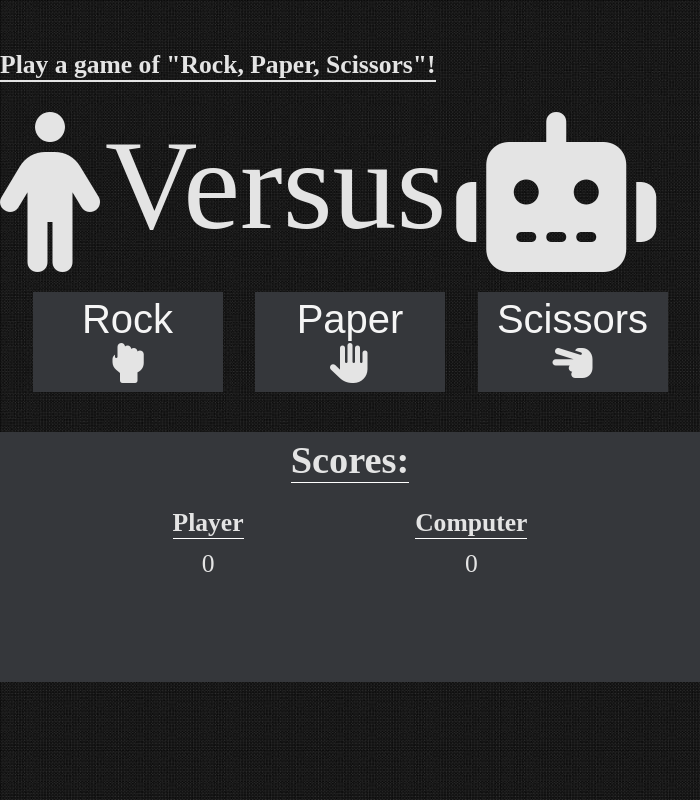
Repository: Pafestivo/rock-paper-scissors
Page: index.html
These files come from the project's save history. The page is drawn as it stood at one moment and after the next save; the edit follows.
The browser window is 375 px wide. The page is 700 px wide, so the pictures cover 700 px, including what lies to the right of the window. The pictures show the whole page.
Some web libraries are served in a nearby version.

Above is the page before, as saved 2022-10-15 14:22:51.

### index.html
<!DOCTYPE html>
<html lang="en">
<head>
  <meta charset="UTF-8">
  <meta name="viewport" content="width=device-width, initial-scale=1.0">
  <link rel="stylesheet" href="styles.css">
  <script src="js-file.js" defer></script>
  <script src="https://kit.fontawesome.com/e2364af56b.js" crossorigin="anonymous"></script>
  <title>Rock, Paper, Scissors</title>
</head>
<body>

  <header>
    <h1>Play a game of "Rock, Paper, Scissors"!</h1>
  </header>
  <div id="versus">
    <i class="fa-solid fa-person"></i>
    <p>Versus</p>
    <i class="fa-solid fa-robot"></i>
  </div> <!-- /versus -->

  <div class="buttons">
    <button id="rock">
      Rock
      <i class="fa-solid fa-hand-back-fist"></i>
    </button>
    <button id="paper">
      Paper
      <i class="fa-solid fa-hand"></i>
    </button>
    <button id="scissors">
      Scissors
      <i class="fa-solid fa-hand-scissors"></i>
    </button>
  </div> <!-- /buttons -->


  <div id="results">

    <div class="scores">
      <h1 id="scores-header">Scores:</h1>
    </div> <!-- /scores -->

    <div class="columns">
      <div class="player">
        <h1 class="underline">Player</h1>
        <p id ="player-points" class="points">0</p>
      </div> <!-- /player-scores -->

      <div class="comp">
        <h1 class="underline">Computer</h1>
        <p id="computer-points" class="points">0</p>
      </div> <!-- /comp-scores -->
    </div><!-- /columns -->

  </div> <!-- /results -->

  <button id="play-again" class="hidden"><a href="https://pafestivo.github.io/rock-paper-scissors/">Play again</a></button>


</body>
</html>

### styles.css
* {
  margin: 0;
  padding: 0;
  box-sizing: border-box;
}

body {
  font-family: serif;
  background-image: url(images/background.jpg);
  color: rgb(228, 228, 228);
}

header {
  width: max-content;
  margin: 50px auto 30px auto;
  border-bottom: 2px solid rgb(228, 228, 228);
}

#versus {
  display: flex;
  width: 700px;
  font-size: 10rem;
  margin: 0 auto 20px auto;
  justify-content: space-evenly;
  color: rgb(228, 228, 228);
}

.fa-robot {
  margin-left: 10px;
  font-size: 10rem;
}

.fa-person {
  font-size: 10rem;
  margin-right: 5px;
}

.buttons {
  display: flex;
  width: 700px;
  margin: 0 auto;
  justify-content: space-evenly;
}

button {
  position: relative;
  width: 190px;
  height: 100px;
  background-color: #35373B;
  border: none;
  font-size: 40px;
  color: whitesmoke;
}

button .fa-solid {
  width: 100%;
  color: rgb(228, 228, 228);
}

button:hover {
  cursor: pointer;
  background-color: #56595f;
}

button:focus {
  background-color: #635656;
}

button:disabled:hover {
  cursor: not-allowed;
  background-color: #35373B;
}

.comp-choice {
  position: absolute;
  bottom: 5px;
  right: 10px;
  font-size: 20px;
  max-width: 20px;
}

.player-choice {
  position: absolute;
  bottom: 5px;
  left: 10px;
  font-size: 20px;
  max-width: 20px;
}

#results {
  margin: 40px auto 40px auto;
  width: 700px;
  height: 250px;
  padding: 1px;
  background-color: #35373B;
}

#scores-header {
  margin: 5px auto 25px auto;
  font-size: 3em;
  width: max-content;
  border-bottom: 1px solid white;
}

.columns {
  display: flex;
  justify-content: space-evenly;
  margin-bottom: 20px;
}

.round-result {
  margin-bottom: 15px;
  font-size: 2em;
  text-align: center;
  padding: 0;
}

.underline {
  width: max-content;
  border-bottom: 1px solid white;
}

.points {
  font-size: 2em;
  text-align: center;
  margin-top: 10px;
}

a {
  text-decoration: none;
  color: inherit;
}

#play-again {
  display: block;
  margin: 0 auto;
  font-size: 2rem;
  width: 200px;
  height: 60px;
}

.hidden {
  visibility: hidden;
}

@media only screen and (max-width: 600px) {
  body {
    font-size: 0.8rem;
  }

  #versus {
    width: 400px;
    font-size: 8rem;
  }
}

### js-file.js
let playerScore = 0;
let computerScore = 0;

const playerColumn = document.querySelector('.player');
const playerPoints = document.getElementById('player-points');

const computerColumn = document.querySelector('.comp');
const computerPoints = document.getElementById('computer-points');

//round logic
function playRound(playerSelection, computerSelection) {

  let log = ""


  if (
    (playerSelection === "Rock" && computerSelection === "Paper") ||
    (playerSelection === "Paper" && computerSelection === "Scissors") ||
    (playerSelection === "Scissors" && computerSelection === "Rock")
    ) {
    log = "You lost this round!"
    computerScore++
  }
  else if (
    (playerSelection === "Paper" && computerSelection === "Rock") ||
    (playerSelection === "Rock" && computerSelection === "Scissors") ||
    (playerSelection === "Scissors" && computerSelection === "Paper")
  ) {
    log = "You won this round!"
    playerScore++
  }
  else if (
    (playerSelection === computerSelection)
  ) {
    log = "This round ends in a draw!"
  }

  playerPoints.textContent = playerScore;

  computerPoints.textContent = computerScore;


  //finish the game at 5 points + show play again button
  const buttons = document.querySelectorAll('button');
  const playAgain = document.getElementById('play-again')
  if(playerScore === 5) {
    for(i = 0; i < buttons.length - 1; i++) {
      buttons[i].setAttribute("disabled", "disabled"); //disable buttons
      playAgain.classList.remove('hidden');
    }

    return "You won!";

  } else if (computerScore === 5) {
    for(i = 0; i < buttons.length - 1; i++) {
      buttons[i].setAttribute("disabled", "disabled");
      playAgain.classList.remove('hidden');
    }
    return "You lost!";
  }

  return log;
};

//variables to target the buttons
const rockChosen = document.querySelector('#rock');
const paperChosen = document.querySelector('#paper');
const scissorsChosen = document.querySelector('#scissors');


//computer selection
function getComputerChoice() {
  const possibleChoices = ["Rock", "Paper", "Scissors"];
  const randomize = Math.floor(Math.random() * possibleChoices.length);
  let selected = possibleChoices[randomize];

  if(document.querySelector('button #robot') != null) { //checks to see if robot icon already exists
    const robotIcon = document.getElementById('robot');
    const parent = document.getElementById('robot').parentElement;
    parent.removeChild(robotIcon); //remove the icon if it exists
  }

  if (selected === "Rock") {
    rockChosen.insertAdjacentHTML('beforeend', '<i id="robot" class="fa-solid fa-robot comp-choice"></i>'); //adds robot icon

  } else if (selected === "Paper") {
    paperChosen.insertAdjacentHTML('beforeend', '<i id="robot" class="fa-solid fa-robot comp-choice"></i>');

  } else if (selected === "Scissors") {
    scissorsChosen.insertAdjacentHTML('beforeend', '<i id="robot" class="fa-solid fa-robot comp-choice"></i>');
  }

  return selected;
};


//adding the round result paragraph to the page
const results = document.querySelector('#results');
const para = document.createElement('p');
para.classList.add('round-result');


//function for event listeners
function rockRound() {

  if(document.querySelector('button #human') != null) { //checks to see if human icon already exists
    const humanIcon = document.getElementById('human');
    const parent = document.getElementById('human').parentElement;
    parent.removeChild(humanIcon); //remove the icon if it exists
  }

  rockChosen.insertAdjacentHTML('beforeend', '<i id="human" class="fa-solid fa-person player-choice"></i>'); //adds human icon

  let computerSelection = getComputerChoice();

  let roundResult = playRound("Rock", computerSelection);

  para.textContent = roundResult;
  results.appendChild(para);
};

function paperRound() {
  let computerSelection = getComputerChoice();

  if(document.querySelector('button #human') != null) { //checks to see if human icon already exists
    const humanIcon = document.getElementById('human');
    const parent = document.getElementById('human').parentElement;
    parent.removeChild(humanIcon); //remove the icon if it exists
  }

  paperChosen.insertAdjacentHTML('beforeend', '<i id="human" class="fa-solid fa-person player-choice"></i>'); //adds human icon

  para.textContent = playRound("Paper", computerSelection);
  results.appendChild(para);
};

function scissorsRound() {
  let computerSelection = getComputerChoice();

  if(document.querySelector('button #human') != null) { //checks to see if human icon already exists
    const humanIcon = document.getElementById('human');
    const parent = document.getElementById('human').parentElement;
    parent.removeChild(humanIcon); //remove the icon if it exists
  }

  scissorsChosen.insertAdjacentHTML('beforeend', '<i id="human" class="fa-solid fa-person player-choice"></i>'); //adds human icon

  para.textContent = playRound("Scissors", computerSelection);
  results.appendChild(para);
};
//end of event listeners functions


//adding event listeners to each button
const rock = document.querySelector('#rock');
rock.addEventListener("click", rockRound);

const paper = document.querySelector('#paper');
paper.addEventListener("click", paperRound);

const scissors = document.querySelector('#scissors');
scissors.addEventListener("click", scissorsRound);

After the next save:
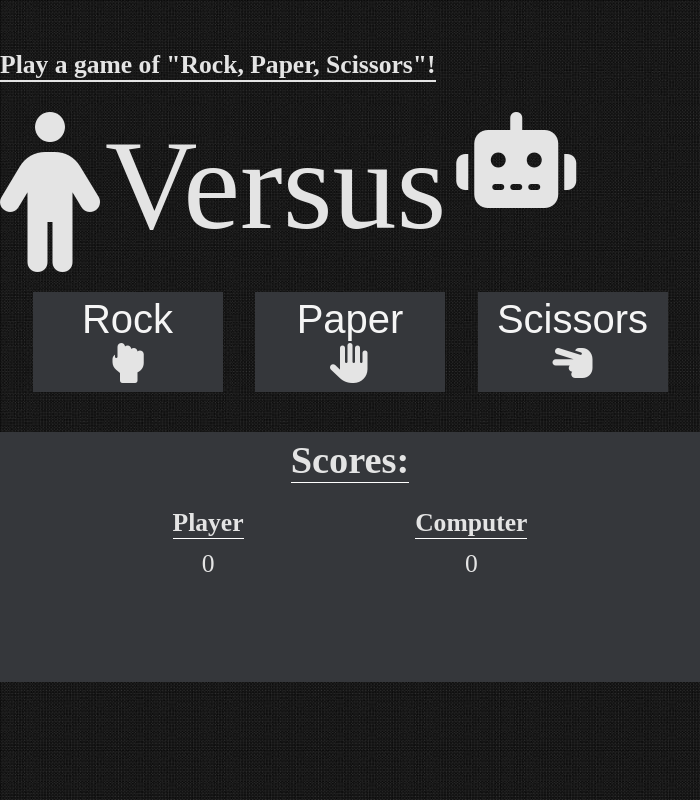
Saved 41 s later.
--- a/styles.css
+++ b/styles.css
@@ -152,4 +152,14 @@ a {
     width: 400px;
     font-size: 8rem;
   }
+
+  .fa-robot {
+    margin-left: 10px;
+    font-size: 6rem;
+  }
+
+  .fa-person {
+    font-size: 10rem;
+    margin-right: 5px;
+  }
 }
